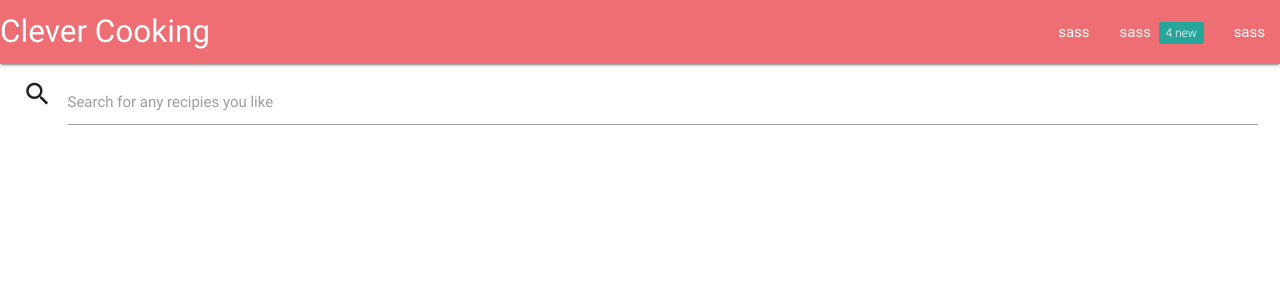
Repository: Code-Institute-Submissions/online-recipe-cookbook
Page: http://localhost/
The author's editor kept a record of every edit. The page is drawn from the files as they stood at one moment, then again after the next edit.
The browser window is 1280 px wide. The pictures show the whole page.
Some web libraries are served in a nearby version. The page is served by the project's application, run on Flask 3 (app.py). Queries for data that is not in the repository find no rows.

Above is the page before.

### templates/home.html
{% extends 'base.html' %}
{% block content %}
<!DOCTYPE html>
<html>
    <head>

    </head>
    <body>
        <div class="row">
            <div class="col s12">
              <div class="row">
                <div class="input-field col s12">
                  <i class="material-icons prefix">search</i>
                  <input method="POST" action="{{url_for('get_recipe_names')}}" type="text" id="autocomplete-input" class="autocomplete">
                  <label for="autocomplete-input">Search for any recipies you like</label>
                </div>
              </div>
            </div>
         </div>
        <div class="row">
         {% for recipe in recipes %}

             <div class="card col s12 m6 l4">
                <div class="card-image waves-effect waves-block waves-light">
                  <img class="activator" src={{ recipe.image_link}}>
                </div>
                <div class="card-content">
                  <span class="card-title activator grey-text text-darken-4">{{ recipe.recipe_name }}<i class="material-icons right">more_vert</i></span>
                  <p><a href="#">This is a link</a></p>
                </div>
                <div class="card-reveal">
                  <span class="card-title grey-text text-darken-4">{{ recipe.recipe_name }}<i class="material-icons right">close</i></span>
                  <p>{{recipe.ingredients}}</p>
                </div>
         </div>

         {% endfor %}

                 </div>
    </body>
</html>
{% endblock %}

### templates/base.html
<!DOCTYPE html>
<html>

<head>
    <link href="https://fonts.googleapis.com/icon?family=Material+Icons" rel="stylesheet">
    <link rel="stylesheet" href="https://cdnjs.cloudflare.com/ajax/libs/materialize/0.100.2/css/materialize.min.css">
    <link rel="stylesheet" href="{{url_for('static', filename='css/style.css')}}" type="text/css"/>
</head>

<body>
    <header><nav>
  <div class="nav-wrapper">
    <a href="" class="brand-logo">Clever Cooking</a>
    <ul id="nav-mobile" class="right hide-on-med-and-down">
      <li><a href="">sass</a></li>
      <li><a href="">sass <span class="new badge">4</span></a></li>
      <li><a href="">sass</a></li>
    </ul>
  </div>
</nav></header>
    {% block content %}

    {% endblock %}

    <script src="https://cdnjs.cloudflare.com/ajax/libs/jquery/3.2.1/jquery.min.js"></script>
    <script src="https://cdnjs.cloudflare.com/ajax/libs/materialize/0.100.2/js/materialize.min.js"></script>
    <script type="text/javascript">
    function sendItem(val) {
        console.log(val);
    }
    $(function () {
            $('input.autocomplete').autocomplete({
                data: {
                    "Apple": null,
                    "Microsoft": null,
                    "Google": 'http://placehold.it/250x250'
                },
                onAutocomplete: function(txt) {
                  sendItem(txt);
                },
                limit: 20, // The max amount of results that can be shown at once. Default: Infinity.
            });

    });
    </script>

</body>

</html>

### app.py
import os
from flask import Flask, render_template, redirect, request, url_for
from flask_pymongo import PyMongo
from bson.objectid import ObjectId

app = Flask(__name__)
app.config["MONGO_DBNAME"] = 'cookbookDb'
#app.config["MONGO_URI"] = os.getenv('MONGO_URI', 'mongodb://localhost')
app.config["MONGO_URI"]="mongodb+srv://root-user96:r00tUser96@myfirstcluster-ehz2d.mongodb.net/cookbookDb?retryWrites=true&w=majority"

mongo = PyMongo(app)

@app.route('/')
@app.route('/get_top_recipes')
def get_top_recipes():
    return render_template("home.html", recipes=mongo.db.recipes.find())

@app.route('/get_recipe_names')
def get_recipe_names():
    return render_template("home.html", names=mongo.db.recipe_names.find())

if __name__ == '__main__':
    app.run(host=os.environ.get('IP'),
            port=int(os.environ.get('PORT')),
            debug=True)

Loaded but not shown: static/css/style.css (no copy from this time; the picture is the same without it)

After the next edit:
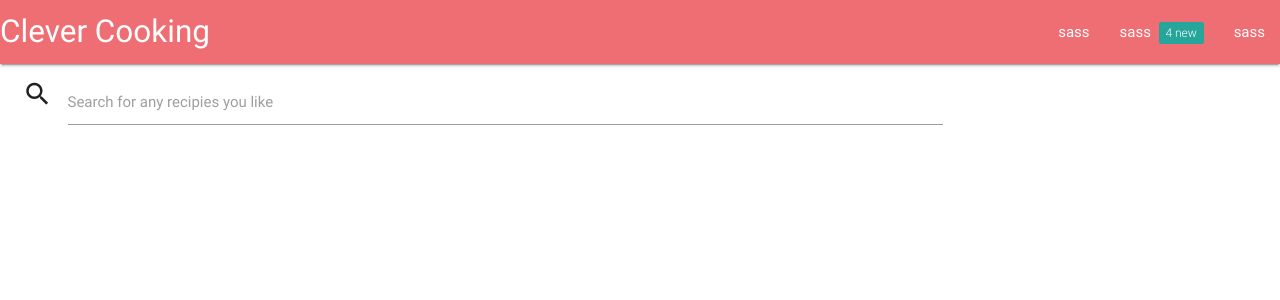
The edit:
--- a/templates/home.html
+++ b/templates/home.html
@@ -9,7 +9,7 @@
         <div class="row">
             <div class="col s12">
               <div class="row">
-                <div class="input-field col s12">
+                <div class="input-field col s9">
                   <i class="material-icons prefix">search</i>
                   <input method="POST" action="{{url_for('get_recipe_names')}}" type="text" id="autocomplete-input" class="autocomplete">
                   <label for="autocomplete-input">Search for any recipies you like</label>
